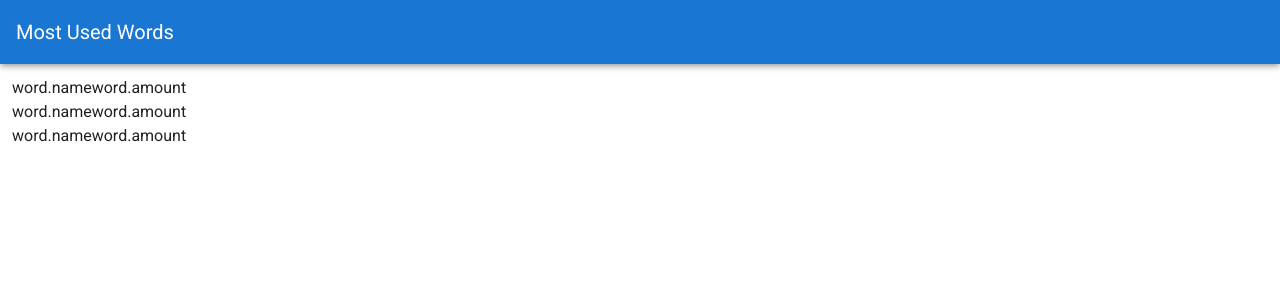
Repository: WillianPer/MOST-USED-WORDS
Page: /
An editor plug-in stored every save of this project. The page is shown before and after the next save, followed by the edit.
The browser window is 1280 px wide. The pictures show the whole page.
The project was rebuilt for these pictures with package versions that can differ from the ones it lists, and the page was loaded fresh each time. Also part of the build but not shown: vue.config.js.

Above is the page before, as saved 2022-09-04 20:46:08.

### src/App.vue
<template>
  <v-app>
    <v-app-bar app color="primary" dark>
      <v-toolbar-title>Most Used Words</v-toolbar-title>
    </v-app-bar>

    <v-main>
      <HomeVue/>
    </v-main>
    <!-- <v-content>
      <HomeVue/>
    </v-content> -->
  </v-app>
</template>

<script>

import HomeVue from './components/HomeVue'


export default {
  name: "App",

  components: {

    HomeVue
},

  data: () => ({
    //
  }),
};
</script>

### src/components/HomeVue.vue
<template>
    <v-container fluid>
        <div class="pills">
            <PillVue v-for="word in groupedWords" :key="word.name"
                name="word.name" amount="word.amount" />
        </div>
    </v-container>
</template>

<script>
import PillVue from './PillVue.vue';
export default {
    components: { PillVue },
    data: function () {
        return {
            groupedWords: [
                { name: "i", amount: 1234 },
                { name: "you", amount: 900 },
                { name: "he", amount: 853 },

            ]
        }
    }
}
</script>

<style>

</style>

### src/components/PillVue.vue
<template>
  <div>
    <span>{{ name }}</span>
    <span>{{ amount }}</span>
  </div>
</template>

<script>
export default {
    props: [ 'name', 'amount' ]
}
</script>

<style>

</style>

Loaded but not shown: public/index.html (common file); src/main.js (common file); src/plugins/vuetify.js (common file)

After the next save:
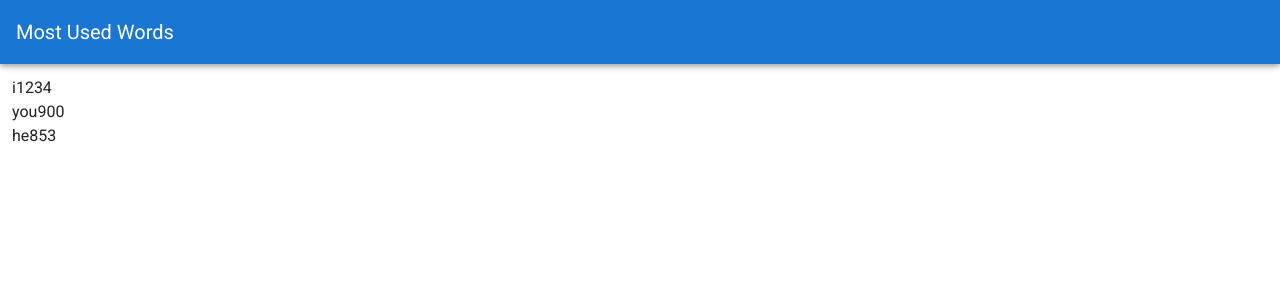
Saved 31 s later.
--- a/src/components/HomeVue.vue
+++ b/src/components/HomeVue.vue
@@ -2,7 +2,7 @@
     <v-container fluid>
         <div class="pills">
             <PillVue v-for="word in groupedWords" :key="word.name"
-                name="word.name" amount="word.amount" />
+                :name="word.name" :amount="word.amount" />
         </div>
     </v-container>
 </template>
